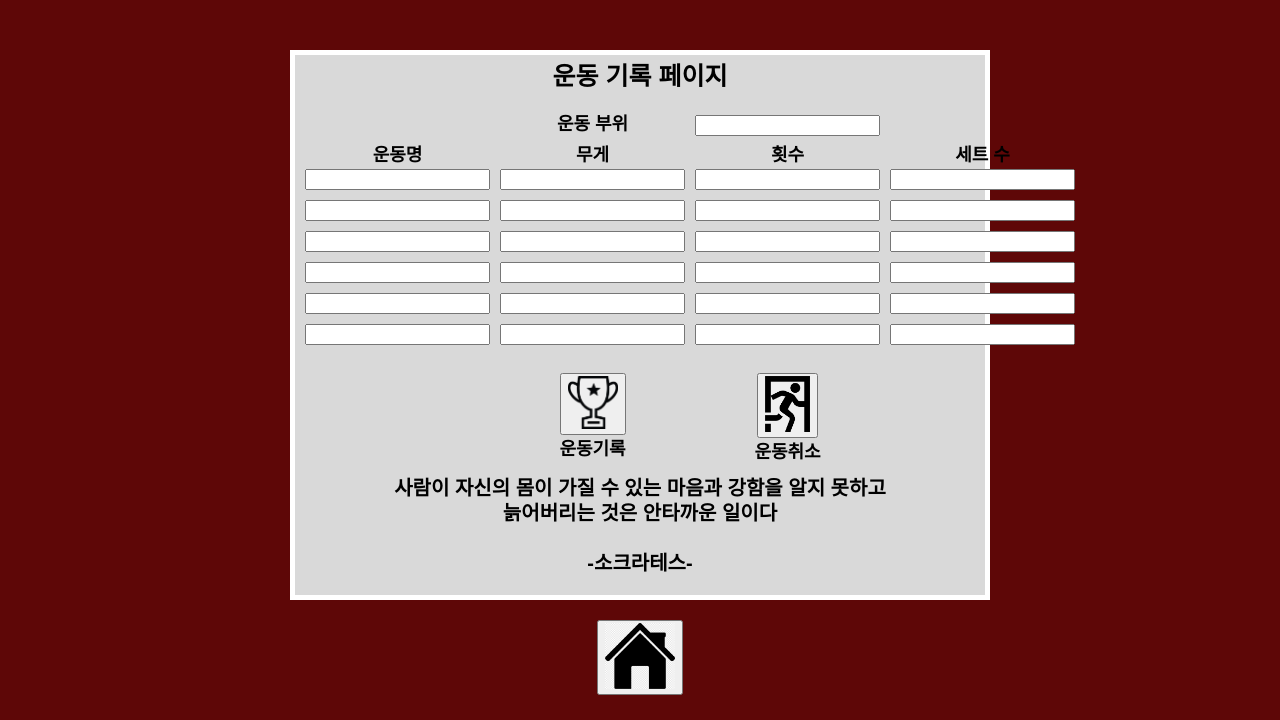
Repository: Up-Min/hrdkorea
Page: http://localhost/jsp_workout/wk_insert.jsp
An editor plug-in stored every save of this project. The page is shown before and after a run of saves, followed by the edit.
The browser window is 1280 px wide. The pictures show the whole page.
The page is served by Tomcat 9. Other server files are loaded and not shown. The template is opened directly, without the code that normally fills it, so the values that code supplies are empty.

Above is the page before, as saved 2022-12-31 07:15:34.

### jsp_workout/src/main/webapp/wk_insert.jsp
<%@ page language="java" contentType="text/html; charset=UTF-8"
	pageEncoding="UTF-8"%>
<%@ taglib prefix="c" uri="http://java.sun.com/jsp/jstl/core"%>
<!DOCTYPE html>
<html>
<head>
<meta charset="UTF-8">
<title>Insert title here</title>
<link rel="stylesheet" href="./css/style.css" />
</head>
<style>
.top {
 text-align: center;
}
.workout {
	width: 700px;
	height : 550px;
	text-align: center;
	color: black;
	border: 5px solid white;
	margin: 0 auto;
	margin-top: 50px;
	font-size: 18px;
	background-color: #D9D9D9;
}

.title{
	margin: 3px;
	font-size: 20px;
}

.wk_insert{

}

.day{
	margin: 0 auto;
	text-align: center;
	padding: 5px;
	display: grid;
}

.good{
	font-size: 20px;
	line-height: 25px;
}

.content{
width : 900px;
margin: 0 auto;
}

.btn_tohome{
 text-align: center;
}

.tohome{
	margin: 0 auto;
	margin-top: 20px;
}

.last_btn{
 margin: 0 auto;
 text-align: center;
}

hr{
 border : 0px;
}

li:hover {
	cursor: pointer;
}

td{
	padding: 5px;
}

img:hover {
	cursor: pointer;
}

p{
margin-top: 5px;
}

.head{
padding: 7px;
font-size: 25px;

}

</style>
<body style = " background-color: #5E0707;">
	<%
	String num = request.getParameter("num");
	%>

	<div class = "content">


	<div class="workout">
	<p class = "head"> 운동 기록 페이지 </p>
		<form class = "wk_insert" name="wk_insert" action="insert">
		<input type="hidden" name="user_id" value="${id}">
		<input type="hidden" name="num" value="${num}">
		<input type="hidden" name="user_pwd" value="${pwd}">
			<div class="day">
				<table>
					<tr>
						<th> </th>
						<th> <br>  </th>
					</tr>
					<tr class = "part">
						<th> </th>
						<th>운동 부위 </th>
						<th>
						<input type="text" name="wk_part" maxlength="20">
						</th>
					</tr>
					<tr>
						<td></td>
					</tr>
					<tr>
						<th>운동명</th>
						<th>무게</th>
						<th>횟수</th>
						<th>세트 수</th>
					</tr>
					<tr>
						<td><input type="text" name="ex_name" maxlength="40"></td>
						<td><input type="text" name="ex_weight" maxlength="20"></td>
						<td><input type="text" name="ex_reps" maxlength="20"></td>
						<td><input type="text" name="ex_sets" maxlength="20"></td>
					</tr>
					<tr>
						<td><input type="text" name="ex_name" maxlength="40"></td>
						<td><input type="text" name="ex_weight" maxlength="20"></td>
						<td><input type="text"  name="ex_reps" maxlength="20"></td>
						<td><input type="text"  name="ex_sets" maxlength="20"></td>
					</tr>
					<tr>
						<td><input type="text" name="ex_name" maxlength="40"></td>
						<td><input type="text" name="ex_weight" maxlength="20"></td>
						<td><input type="text" name="ex_reps" maxlength="20"></td>
						<td><input type="text" name="ex_sets" maxlength="20"></td>
					</tr>
					<tr>
						<td><input type="text" name="ex_name" maxlength="40"></td>
						<td><input type="text" name="ex_weight" maxlength="20"></td>
						<td><input type="text" name="ex_reps" maxlength="20"></td>
						<td><input type="text" name="ex_sets" maxlength="20"></td>
					</tr>
					<tr>
						<td><input type="text" name="ex_name" maxlength="40"></td>
						<td><input type="text" name="ex_weight" maxlength="20"></td>
						<td><input type="text" name="ex_reps" maxlength="20"></td>
						<td><input type="text" name="ex_sets" maxlength="20"></td>
					</tr>
					<tr>
						<td><input type="text" name="ex_name" maxlength="40"></td>
						<td><input type="text" name="ex_weight" maxlength="20"></td>
						<td><input type="text" name="ex_reps" maxlength="20"></td>
						<td><input type="text" name="ex_sets" maxlength="20"></td>
					</tr>
					<tr class = "last_btn">
						<td></td>
						<td>
							<br>
							<button onclick="chk_form(); return false;"> <img alt="성공" src="./img/achievement.png" width="50px">
							<br>
							</button>
							<br>
							<p> 운동기록 </p>
						</td>
						<td>
						<br>
						<button onclick="location.href = 'signin?user_id=${id}&user_pwd=${pwd}'; return false;"><img alt="나가기" src="./img/exit1.png" width="45px"></button>
						<br>
						<p> 운동취소 </p>
						</td>
						<td></td>

					</tr>

				</table>
			</div>
		</form>
		<div class = "good">
		<p>
			사람이 자신의 몸이 가질 수 있는 마음과 강함을 알지 못하고 <br> 늙어버리는 것은 안타까운 일이다 <br>
			<br>
			<b> -소크라테스- </b>
		</p>
		</div>
	</div>

	<div class="btn_tohome">
	<button class="tohome" onclick="location.href = 'signin?user_id=${id}&user_pwd=${pwd}'"> <img alt="홈으로" src="./img/home.png" width="70px"> </button>
	</div>

	</div>


	<script type="text/javascript" src="./script.js"></script>
</body>

</html>

### jsp_workout/src/main/webapp/css/style.css
@charset "UTF-8";
@import url('./reset.css');

* { box-sizing: border-box; }
.video-background {
  background: #000;
  position: fixed;
  top: 0; right: 0; bottom: 0; left: 0;
  z-index: -99;
}
.video-foreground,
.video-background iframe {
  position: absolute;
  top: 0;
  left: 0;
  width: 100%;
  height: 100%;
  pointer-events: none;
}
#vidtop-content {
    top: 0;
    color: #fff;
}
.vid-info { position: absolute; top: 0; right: 0; width: 33%; background: rgba(0,0,0,0.3); color: #fff; padding: 1rem; font-family: Avenir, Helvetica, sans-serif; }
.vid-info h1 { font-size: 2rem; font-weight: 700; margin-top: 0; line-height: 1.2; }
.vid-info a { display: block; color: #fff; text-decoration: none; background: rgba(0,0,0,0.5); transition: .6s background; border-bottom: none; margin: 1rem auto; text-align: center; }
@media all and (max-width: 600px) {
.vid-info { width: 50%; padding: .5rem; }
.vid-info h1 { margin-bottom: .2rem; }
}
@media all and (max-width: 500px) {
.vid-info .acronym { display: none; }
}

*,:after,:before{box-sizing:border-box}
.clearfix:after,.clearfix:before{content:'';display:table}
.clearfix:after{clear:both;display:block}
a{color:inherit;text-decoration:none}

.tab:hover{
	cursor: pointer;
}

.login-wrap{
  width:100%;
  margin:auto;
  max-width:525px;
  min-height:950px;
  position:relative;
  box-shadow:0 12px 15px 0 rgba(0,0,0,.24),0 17px 50px 0 rgba(0,0,0,.19);
}
.login-html{
  width:100%;
  height:100%;
  position:absolute;
  padding:90px 70px 50px 70px;
  background:rgba(40,57,101,.9);
}
.login-html .sign-in-htm,
.login-html .sign-up-htm{
  top:0;
  left:0;
  right:0;
  bottom:0;
  position:absolute;
  transform:rotateY(180deg);
  backface-visibility:hidden;
  transition:all .4s linear;
}
.login-html .sign-in,
.login-html .sign-up,
.login-form .group .check{
  display:none;
}
.login-html .tab,
.login-form .group .label,
.login-form .group .button{
  text-transform:uppercase;
}
.login-html .tab{
  font-size:22px;
  margin-right:15px;
  padding-bottom:5px;
  margin:0 15px 10px 0;
  display:inline-block;
  border-bottom:2px solid transparent;
}
.login-html .sign-in:checked + .tab,
.login-html .sign-up:checked + .tab{
  color:#fff;
  border-color:#1161ee;
}
.login-form{
  min-height:345px;
  position:relative;
  perspective:1000px;
  transform-style:preserve-3d;
}
.login-form .group{
  margin-bottom:15px;
}
.login-form .group .label,
.login-form .group .input,
.login-form .group .button{
  width:100%;
  color:#fff;
  display:block;
}
.login-form .group .input,
.login-form .group .button{
  border:none;
  padding:15px 20px;
  border-radius:25px;
  background:rgba(255,255,255,.1);
}
.login-form .group .button:hover{
	cursor: pointer;
}

.login-form .group input[data-type="password"]{
  text-security:circle;
  -webkit-text-security:circle;
}
.login-form .group .label{
  color:#aaa;
  font-size:12px;
}
.login-form .group .button{
  background:#1161ee;
}
.login-form .group label .icon{
  width:15px;
  height:15px;
  border-radius:2px;
  position:relative;
  display:inline-block;
  background:rgba(255,255,255,.1);
}
.login-form .group label .icon:before,
.login-form .group label .icon:after{
  content:'';
  width:10px;
  height:2px;
  background:#fff;
  position:absolute;
  transition:all .2s ease-in-out 0s;
}
.login-form .group label .icon:before{
  left:3px;
  width:5px;
  bottom:6px;
  transform:scale(0) rotate(0);
}
.login-form .group label .icon:after{
  top:6px;
  right:0;
  transform:scale(0) rotate(0);
}
.login-form .group .check:checked + label{
  color:#fff;
}
.login-form .group .check:checked + label .icon{
  background:#1161ee;
}
.login-form .group .check:checked + label .icon:before{
  transform:scale(1) rotate(45deg);
}
.login-form .group .check:checked + label .icon:after{
  transform:scale(1) rotate(-45deg);
}
.login-html .sign-in:checked + .tab + .sign-up + .tab + .login-form .sign-in-htm{
  transform:rotate(0);
}
.login-html .sign-up:checked + .tab + .login-form .sign-up-htm{
  transform:rotate(0);
}

body{
  margin:0;
  color:#6a6f8c;
  background:#c8c8c8;
  font:600 16px/18px 'Open Sans',sans-serif;
}

.all{
	top : 100px;
	width: 800px;

}

ul{
	list-style: none;
}

tr:hover{
	cursor: pointer;
}

.hr{
  height:2px;
  margin:60px 0 50px 0;
  background:rgba(255,255,255,.2);
}
.foot-lnk{
  text-align:center;
}

### jsp_workout/src/main/webapp/script.js

function signup() {
	let regex = new RegExp('[a-z0-9]+@[a-z]+\.[a-z]{2,3}');
	var f = document.signup_form;
	var p = f.user_pwd.value;
	var p1 = f.user_pwd1.value;
	var i = f.user_id.value;
	var e = f.user_email.value;

	if (i == '') {
		alert("아이디를 입력해 주십시오.");
		i.focus();
		return false;
	}
	if (p == '') {
		alert("비밀번호를 입력해 주십시오.");
		p.focus();
		return false;
	}
	if (p1 == '') {
		alert("비밀번호 확인을 입력해 주십시오.");
		p1.focus();
		return false;
	}
	if (e == '') {
		alert("이메일 주소를 입력해 주십시오.");
		e.focus();
		return false;
	}

	if (p != p1) {
		alert("비밀번호가 일치하지 않습니다. 다시 확인해주세요.");
		p.focus();
		return false;
	} else if (regex.test(e) == false) {
		alert("올바른 이메일 형식이 아닙니다. 다시 확인해주세요.");
		e.focus();
		return false;
	} else {
		alert("회원가입이 완료 되었습니다.");
		f.submit();
	}
}

/*function pwdchk(){
	var f = document.signup_form;
	var p = f.user_pwd.value;
	var p1 = f.user_pwd1.value;



	if(p != p1){
		alert("비밀번호가 일치하지 않습니다. 다시 확인해주세요.")
	}else if(p = p1){
		alert("비밀번호가 일치합니다!")
	}
}*/

function chkpwd2() {
	var f = document.signup_form;
	var p = f.user_pwd.value;
	var p1 = f.user_pwd1.value;
	var r1 = document.getElementById("label_pwd1");
	var r2 = document.getElementById("label_pwd2");

	r1.style.display = 'none';
	r2.style.display = 'none';

	if (p != p1) {
		r1.style.display = 'none';
		r2.style.display = 'block';
	} else if (p == p1) {
		r1.style.display = 'block';
		r2.style.display = 'none';
	}
}

function chkEmail() {
	let regex = new RegExp('[a-z0-9]+@[a-z]+\.[a-z]{2,3}');
	var f = document.signup_form;
	var e = f.user_email.value;
	var e2 = document.getElementById("label_email");
	var e3 = document.getElementById("label_email1");

	e2.style.display = 'none';
	e3.style.display = 'none';

	if (regex.test(e) == false) {
		e2.style.display = 'block';
	}else if (regex.test(e) == true){
		e2.style.display = 'none';
		e3.style.display = 'block';
	}
}


function insert() {
	alert("운동 기록이 완료 되었습니다.");
	submit();
}

function chk_delete() {
	const result = confirm("정말 삭제하시겠습니까?");
	if (result) {
		alert("삭제가 완료 되었습니다.");
		submit();
	}
	return false;
}

function chk_cancel(user_id, user_pwd) {
	var result = confirm("하시던 운동을 취소하시겠습니까?");
	if (result) {
		alert("초기 화면으로 돌아갑니다.");
		location.href = "/jsp_workout/signin?user_id=" + user_id + "&user_pwd=" + user_pwd;
	} else {
		return false;
	}
}

function update() {
	var f = document.editForm;
	var n = f.ex_name.value;
	var w = f.ex_weight.value;
	var r = f.ex_reps.value;
	var s = f.ex_sets.value;

	if (n == '') {
		alert("수정할 운동 이름을 입력해 주십시오.");
		n.focus();
		return false;
	}
	if (w == '') {
		alert("수정할 운동 무게를 입력해 주십시오.");
		w.focus();
		return false;
	}
	if (r == '') {
		alert("수정할 운동 횟수를 입력해 주십시오.");
		r.focus();
		return false;
	}
	if (s == '') {
		alert("수정할 운동 세트를 입력해 주십시오.");
		s.focus();
		return false;
	}

	alert("수정이 완료 되었습니다.");
	submit();
}


function logout() {
	alert("로그아웃이 완료 되었습니다!");
	location.href = "/jsp_workout/";
}

### jsp_workout/src/main/webapp/css/reset.css
/* 홈페이지 초기화 reset.css */

/* http://meyerweb.com/eric/tools/css/reset/
   v2.0 | 20110126
   License: none (public domain)
*/

html, body, div, span, applet, object, iframe,
h1, h2, h3, h4, h5, h6, p, blockquote, pre,
a, abbr, acronym, address, big, cite, code,
del, dfn, em, img, ins, kbd, q, s, samp,
small, strike, strong, sub, sup, tt, var,
b, u, i, center,
dl, dt, dd, ol, ul, li,
fieldset, form, label, legend,
table, caption, tbody, tfoot, thead, tr, th, td,
article, aside, canvas, details, embed,
figure, figcaption, footer, header, hgroup,
menu, nav, output, ruby, section, summary,
time, mark, audio, video {
	margin: 0;
	padding: 0;
	border: 0;
	font-size: 100%;
	font: inherit;
	vertical-align: baseline;
	font-family: 'Jua', sans-serif;
}
/* HTML5 display-role reset for older browsers */
article, aside, details, figcaption, figure,
footer, header, hgroup, menu, nav, section {
	display: block;
}
body {
	line-height: 1;
}
ol, ul {
	list-style: none;
}
blockquote, q {
	quotes: none;
}
blockquote:before, blockquote:after,
q:before, q:after {
	content: '';
	content: none;
}
table {
	border-collapse: collapse;
	border-spacing: 0;
}

/* 추가 */

a { text-decoration: none !important;
	color: black;
}

header, footer, section {
	box-sizing:border-box;
}

iframe { /* 영상때문에 쓰임. 영상 크기 맞춰둠. */
	width: 100%;
}

After the next 2 saves:
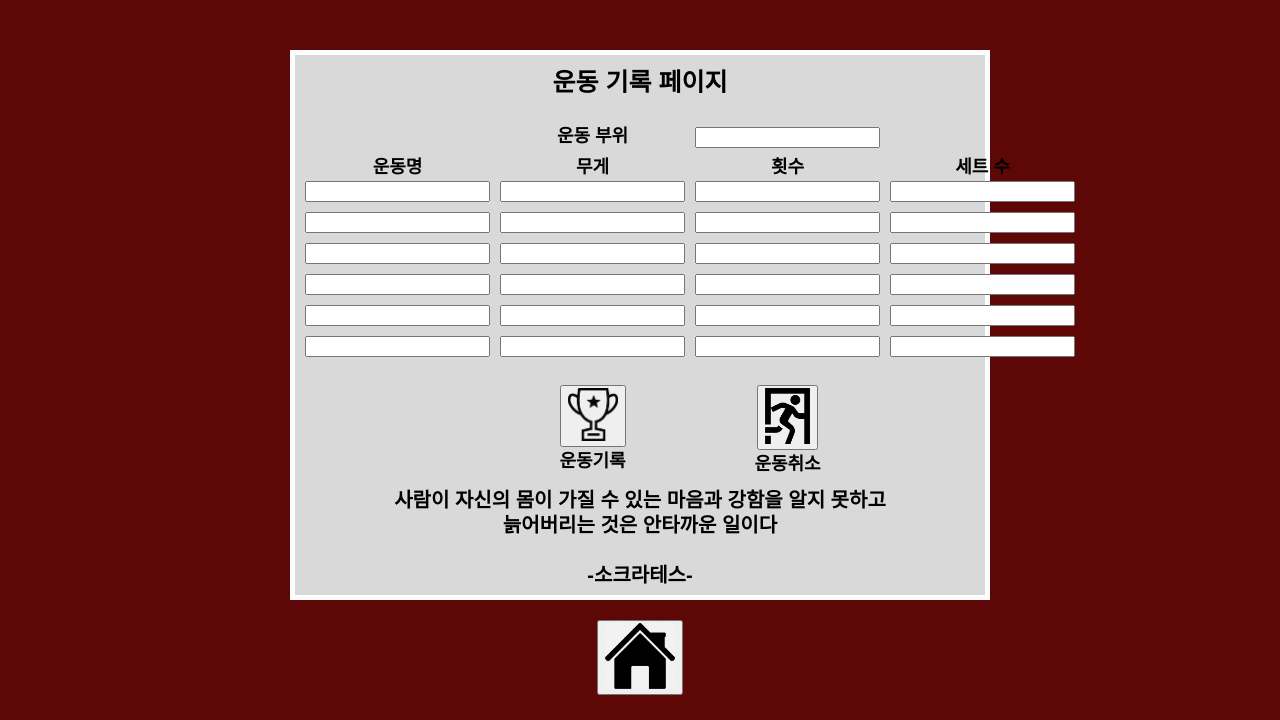
The 2 saves are shown as one change because they came seconds apart.
The last was saved 8 s later.
--- a/jsp_workout/src/main/webapp/wk_insert.jsp
+++ b/jsp_workout/src/main/webapp/wk_insert.jsp
@@ -87,7 +87,7 @@ margin-top: 5px;
 .head{
 padding: 7px;
 font-size: 25px;
-
+line-height: 30px;
 }
 
 </style>
